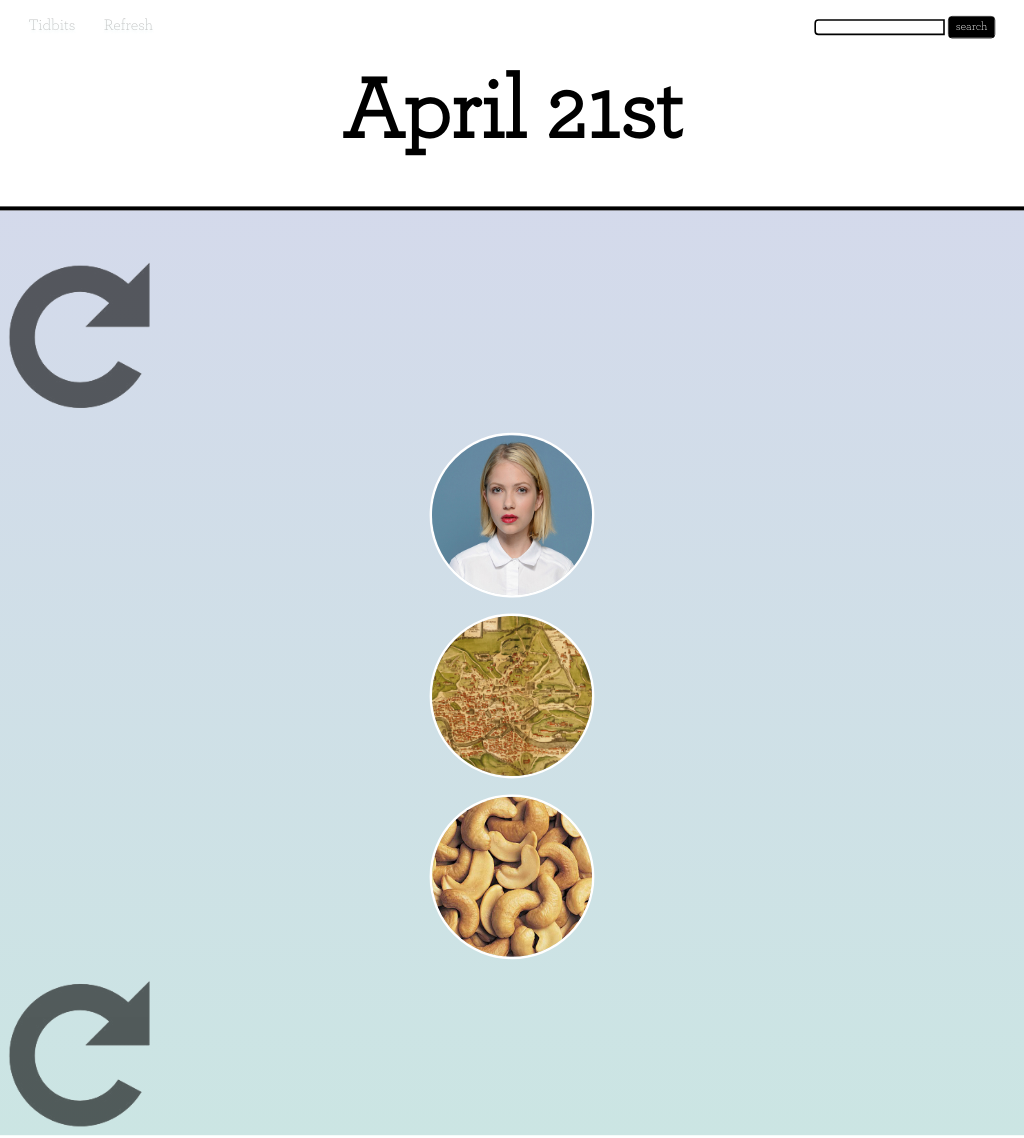
Repository: kklasmei/kklasmei.github.io
Page: tidbits/april21.html
The author's editor kept a record of every edit. The page is drawn from the files as they stood at one moment, then again after the next edit.
The browser window is 1280 px wide. The pictures show the whole page, at 80% of full size.

Above is the page before.

### tidbits/april21.html
<html>
    <head>
        <title>April 21</title>
        <link rel="stylesheet" href="tidbits.css">
        <link rel="stylesheet" href="jstyle.css"/>
  <meta charset="utf-8">
    </head>
    <body>
     <div id= "top">
         <div id="search">
		<form id="searchbody" method="get" action="home.html">
		        <input type="text" class="bar" maxlength="70">
		        <input type="submit" value="search" class="button">
		</form>
		    	<p1><a href="home.html">Tidbits</a></p1>
		    	<p1><a href="april21.html">Refresh</a></p1>

	<div class="tfclear"></div>
	</div>
        <h1> April 21st </h1>
        <br>
        <br>
        <br>
        <hr>
        </div>
    	<br>

        <div class="imgs">
            <a href="april21.html"> <img class="refresh" src="imgs/refresh.png"></a>
        </div>
        <div class= "refresh">
         <a href="april21.html"> <img class="refresh" src="imgs/refresh.png"></a>
        </div>

    <div id= "tavitext">
        <p1>happy birthday</p1>
    </div>

    <script src="jquery.js"></script>
    <script src="script.js"></script>
    </body>
</html>

### tidbits/tidbits.css
@font-face {
  font-family: 'Archer-Light';
  src: url('Archer-Light/Archer-Light.eot?#iefix') format('embedded-opentype'),  url('Archer-Light/Archer-Light.otf')  format('opentype'),
	     url('Archer-Light/Archer-Light.woff') format('woff'), url('Archer-Light/Archer-Light.ttf')  format('truetype'), url('Archer-Light/Archer-Light.svg#Archer-Light') format('svg');
  font-weight: normal;
  font-style: normal;
}

h1 {
    text-align: center;
    font-size: 110px;
    padding-top: 10;
    margin-bottom: -10;
    margin-top: 0;
    font-family: 'Archer-Light';
    color: #000;
    cursor: default;
}

h2 {
    text-align: center;
    font-size: 14;
    font-family: 'Archer-Light';
    padding-bottom: 8;
    padding-top: -40;
    margin: 0;
    cursor: default;
}

body {
    margin: 0;
    padding: 0;
 background-image: no-repeat -webkit-gradient(linear, 0 0, 0 100%, from(#d6d7ed), to(#cbe5e3)) fixed center;
 background-image: -webkit-linear-gradient(#d6d7ed, #cbe5e3) fixed center;
 background-image: linear-gradient(#d6d7ed, #cbe5e3);
    background-repeat: no-repeat, no-repeat, no-repeat;
    background-position: center;
}


hr {
    margin-bottom: 40;
    width: 100%;
    color: #000;
    display: block;
    height: 5px;
    background-color: black;
    border: none;
}

#submit {
    text-align: center;
    border-radius: 8px;
}


.month, .day {
    display: inline;
}

.date {
    text-align: center;
}

#searchbody {
	float: right;
	padding-right: 2%;
	padding-top: 20px;
	margin-right: 10px;
}

option {
    font-size: 30px;
}

.bar {
		margin: 0;
		padding: 1px 10px;
		font-family: 'Archer-Light';
		font-size: 12px;
		border: 2px solid #000;
		border-right: -7px;
		border-top-left-radius: 5px 5px;
		border-bottom-left-radius: 5px 5px;
		background-color: transparent;
}

.bar:focus {
    outline: none;
}

.button {
		margin: 0;
		font-family: 'Archer-Light';
		cursor: pointer;
		text-align: center;
		outline: none;
		color: #fff;
		border: solid 1px #000;
		background: #99c7c8;
		background: -webkit-gradient(linear, left top, left bottom, from(#000), to(#000));
		background: -moz-linear-gradient(top,  #cbe5e3,  #cbe5e3);
		border-top-right-radius: 5px 5px;
		border-bottom-right-radius: 5px 5px;
		border-top-left-radius: 5px 5px;
		border-bottom-left-radius: 5px 5px;
	}

input[value="view gallery"] {
    font-size: 20px;
	padding: 8px 12px;

}

input[value="search"] {
    font-size: 15px;
    padding: 4px 9px;
}

	.tfbutton:hover {
		text-decoration: none;
		background: #99c7c8;
		background: -webkit-gradient(linear, left top, left bottom, from(#99c7c8), to(#99c7c8));
		background: -moz-linear-gradient(top,  #99c7c8,  #99c7c8);
	}
	/* Fixes submit button height problem in Firefox */
	.tfbutton::-moz-focus-inner {
	  border: 0;
	}
	.tfclear{
		clear:both;
	}

p1 {
    font-family: 'Archer-Light';
    float: left;
    font-size: 20;
    padding-top: 20px;
    margin-left: 10px;
    padding-left: 2%;
    opacity: .6;
    background-color: #565656;
    color: transparent;
    text-shadow: 0px 2px 3px rgba(167,219,219,.5);
  -webkit-background-clip: text;
     -moz-background-clip: text;
          background-clip: text;
}

p1, #searchbody {
    display: inline;
}

.imgs {
     display: block;
     margin-left: auto;
     margin-right: auto;
}

#refresh {
  display: block;
  margin-left: auto;
  margin-left: auto;
}

.month select {
  background: #fff;
  width: 275px;
  height: 60px;
  font-family: 'Archer-Light';
  padding-left: 15px;
  font-size: 40px;
	border: 2px solid #000;   border-radius: 10;
  -webkit-appearance: none;
  color: #000;
  cursor: pointer;
}

.month {
  width: 140px;
  height: 64px;
  overflow: hidden;
  /*background: url("imgs/triangle.png") no-repeat right #fff;*/
  border: 0px solid #000;
  border-radius: 4px;
  cursor: pointer;
  padding-right: 10;
}

.day select {
  background: #fff;
  width: 95px;
  height: 60px;
  font-family: 'Archer-Light';
  padding-left: 15px;
  font-size: 40px;
	border: 2px solid #000;   border-radius: 10;
  -webkit-appearance: none;
  color: #000;
  cursor: pointer;
}

.day {
  width: 140px;
  height: 64px;
  overflow: hidden;
  background: url("imgs/triangle.png") no-repeat right #fff;
  border: 0px solid #000;
  border-radius: 4px;
}

a:link {
    opacity: .6;
    background-color: #565656;
    color: transparent;
    text-decoration: none;
    text-shadow: 0px 2px 3px rgba(167,219,219,.5);
  -webkit-background-clip: text;
     -moz-background-clip: text;
    background-clip: text;
}

a:visited {
    opacity: .6;
    background-color: #565656;
    color: transparent;
    text-decoration: none;
    text-shadow: 0px 2px 3px rgba(167,219,219,.5);
  -webkit-background-clip: text;
     -moz-background-clip: text;
    background-clip: text;
}

a:hover {
    opacity: .6;
    background-color: #99c7c8;
    color: transparent;
    text-decoration: none;
    text-shadow: 0px 2px 3px rgba(167,219,219,.5);
  -webkit-background-clip: text;
     -moz-background-clip: text;
    background-clip: text;
}

a:active {
    opacity: .6;
    background-color: #565656;
    color: transparent;
    text-decoration: none;
    text-shadow: 0px 2px 3px rgba(167,219,219,.5);
  -webkit-background-clip: text;
     -moz-background-clip: text;
    background-clip: text;
}

#top {
    background-color: #fff;
}


#tavi {
  border-radius: 50%;
  border-color: #fff;
  border-style: solid;
  margin: 20px;
  display: block;
    margin-left: auto;
    margin-right: auto;
}


#library {
  border-radius: 50%;
  border-color: #fff;
  border-style: solid;
  margin: 20px;
  display: block;
    margin-left: auto;
    margin-right: auto;
}

#worldsfair {
  border-radius: 50%;
  border-color: #fff;
  border-style: solid;
  margin: 20px;
  display: block;
    margin-left: auto;
    margin-right: auto;
}

#kinder{
  border-radius: 50%;
  border-color: #fff;
  border-style: solid;
  margin: 20px;
  display: block;
    margin-left: auto;
    margin-right: auto;
}

#cashews {
  border-radius: 50%;
  border-color: #fff;
  border-style: solid;
  margin: 20px;
  display: block;
    margin-left: auto;
    margin-right: auto;
}

#rome {
  border-radius: 50%;
  border-color: #fff;
  border-style: solid;
  margin: 20px;
  display: block;
    margin-left: auto;
    margin-right: auto;
}

#mint {
  border-radius: 50%;
  border-color: #fff;
  border-style: solid;
  margin: 20px;
  display: block;
    margin-left: auto;
    margin-right: auto;
}

#textcontent {
    display: table-cell;
    opacity: 0;
}

#textcontent:hover {
    opacity: 1;
}

.myArray {
    display: block;
    margin-left: auto;
    margin-right: auto;
}

### tidbits/jstyle.css
.hidden {
    display: none !important;
    visibility: hidden;
}

### tidbits/script.js
/*var clicked = false;


$ ( "#toggle" ).click(function() {
if (clicked == false) {
    $( "#status" ).html( "GO" );
    $( "#status" ).css({"background-color" : "lime"});
    $( "#toggle").html("Stop");
    $( "#status" ).mousemove(function() {
        $( "#cat" ).show () });
    clicked = true
} else {
    $( "#status" ).html( "STOP" );
    $( "#status" ).css({"background-color" : "red"});
    $( "#toggle").html("Start");
    $( "#status" ).html(function() {
        $( "#cat").remove () });
    clicked  = false
}

});

*/

var myArray = ['<img id="tavi" src="imgs/tavi.jpg" data-alt-src="himgs/tavi.jpg" class="tavi" height="200" width="200">', '<img id="worldsfair" src="imgs/worldsfair.jpg" data-alt-src="himgs/worldsfair.jpg" class="worldsfair" height="200" width="200">', '<img id="library" src="imgs/library.jpg" data-alt-src="himgs/library.jpg" class="library" height="200" width="200">', '<img id="kinder" src="imgs/kinder.jpg" data-alt-src="himgs/kinder.jpg" class="kinder" height="200" width="200">', '<img id="cashews" src="imgs/cashews.jpg" data-alt-src="himgs/cashews.jpg" class="cashews" height="200" width="200">', '<img id="rome" src="imgs/rome.jpg" data-alt-src="himgs/rome.jpg" class="rome" height="200" width="200">'];

for (var i=0; i < 3; i++) {

    var imgtoappend = Math.floor(Math.random() * myArray.length);
    console.log("imgtoappend = " + imgtoappend);
    console.log("APPEND THIS IMAGE: " + myArray[imgtoappend]);
    $(".imgs").append(myArray[imgtoappend]);
        console.log(myArray);
    myArray.splice(imgtoappend, 1);
        console.log(myArray);
}

$( "#tavitext" ) .remove ();


var sourceSwap = function () {
    var $this = $(this);
    var newSource = $this.data('alt-src');
    $this.data('alt-src', $this.attr('src'));
    $this.attr('src', newSource);
}

$(function () {
    $('img.cashews').hover(sourceSwap, sourceSwap);
});

$(function () {
    $('img.tavi').hover(sourceSwap, sourceSwap);
});

$(function () {
    $('img.kinder').hover(sourceSwap, sourceSwap);
});

$(function () {
    $('img.library').hover(sourceSwap, sourceSwap);
});

$(function () {
    $('img.worldsfair').hover(sourceSwap, sourceSwap);
});

$(function () {
    $('img.rome').hover(sourceSwap, sourceSwap);
});

$(function () {
    $('img.mint').hover(sourceSwap, sourceSwap);
});

Loaded but not shown: tidbits/jquery.js (library)

After the next edit:
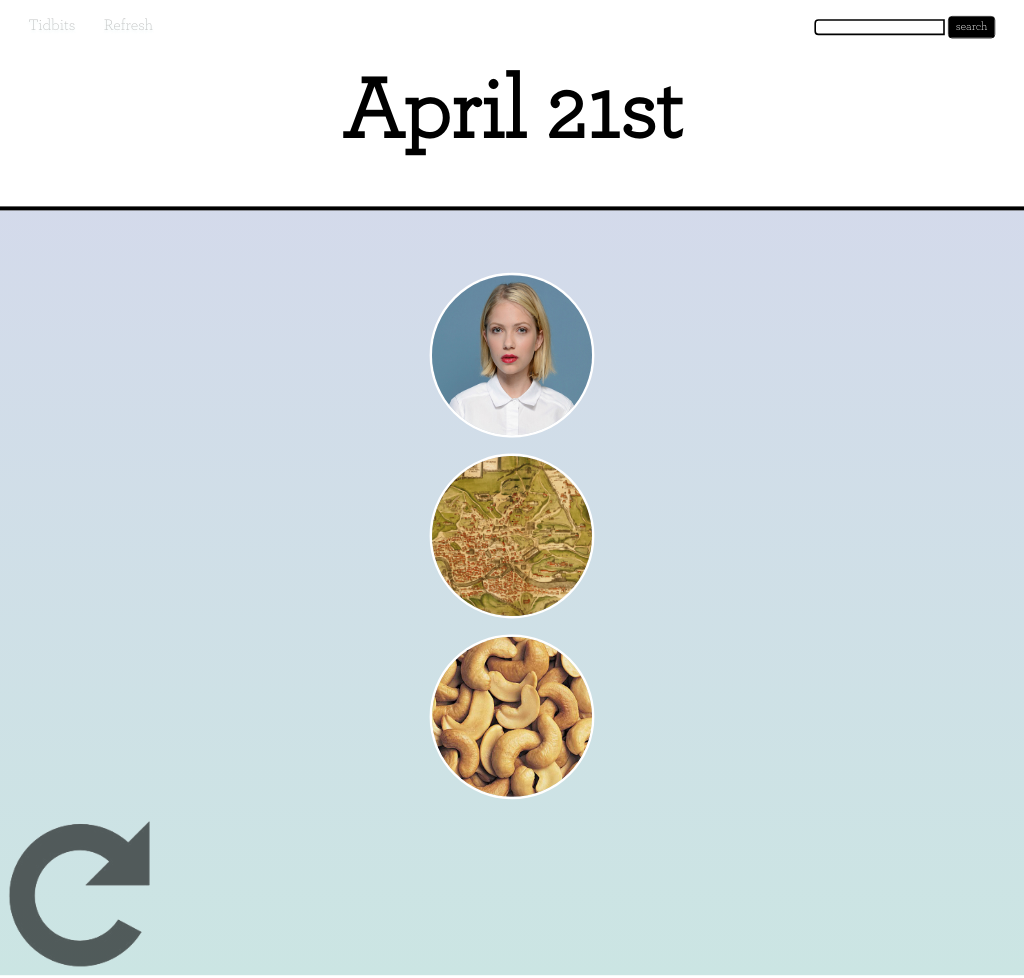
The edit:
--- a/tidbits/april21.html
+++ b/tidbits/april21.html
@@ -26,8 +26,8 @@
     	<br>
 
         <div class="imgs">
-            <a href="april21.html"> <img class="refresh" src="imgs/refresh.png"></a>
         </div>
+
         <div class= "refresh">
          <a href="april21.html"> <img class="refresh" src="imgs/refresh.png"></a>
         </div>
